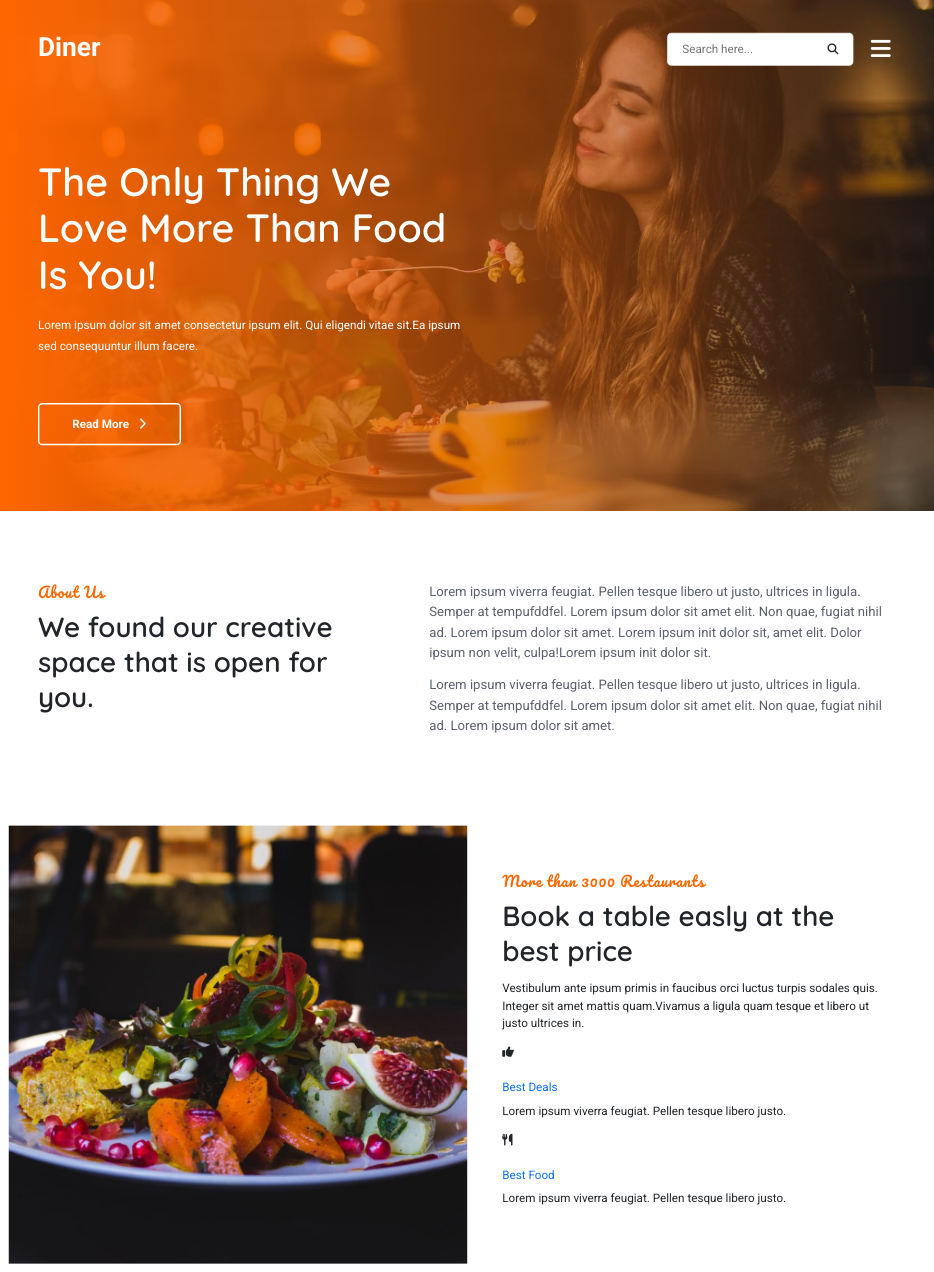
Repository: minhtrivu6199/Diner
Page: index.html
An editor plug-in stored every save of this project. The page is shown before and after the next save, followed by the edit.
The browser window is 1280 px wide. The pictures show the whole page, at 73% of full size.
Backgrounds fixed to the window are drawn as part of the page. The style sheet was rebuilt from its Sass, Less or Tailwind sources for each picture, by a compiler version that may differ from the author's.

Above is the page before, as saved 2022-10-10 15:47:36.

### index.html
<!DOCTYPE html>
<html lang="en">
  <head>
    <title>Title</title>
    <!-- Required meta tags -->
    <meta charset="utf-8" />
    <meta
      name="viewport"
      content="width=device-width, initial-scale=1, shrink-to-fit=no"
    />
    <!-- FontAwesome 6.2.0 CSS -->
    <link
      rel="stylesheet"
      href="https://cdnjs.cloudflare.com/ajax/libs/font-awesome/6.2.0/css/all.min.css"
      integrity="sha512-xh6O/CkQoPOWDdYTDqeRdPCVd1SpvCA9XXcUnZS2FmJNp1coAFzvtCN9BmamE+4aHK8yyUHUSCcJHgXloTyT2A=="
      crossorigin="anonymous"
      referrerpolicy="no-referrer"
    />

    <!-- Font -->
    <link rel="preconnect" href="https://fonts.googleapis.com" />
    <link rel="preconnect" href="https://fonts.gstatic.com" crossorigin />
    <link
      href="https://fonts.googleapis.com/css2?family=Roboto:wght@100;300;400;500;700;900&display=swap"
      rel="stylesheet"
    />
    <link
      href="https://fonts.googleapis.com/css2?family=Pacifico&display=swap"
      rel="stylesheet"
    />
    <link
      href="https://fonts.googleapis.com/css2?family=Quicksand:wght@300;400;500;600;700&display=swap"
      rel="stylesheet"
    />

    <!-- Bootstrap CSS v5.2.1 -->
    <link
      href="https://cdn.jsdelivr.net/npm/bootstrap@5.2.1/dist/css/bootstrap.min.css"
      rel="stylesheet"
      integrity="sha384-iYQeCzEYFbKjA/T2uDLTpkwGzCiq6soy8tYaI1GyVh/UjpbCx/TYkiZhlZB6+fzT"
      crossorigin="anonymous"
    />
    <!-- CSS -->
    <link rel="stylesheet" href="./css/style.min.css" />
  </head>

  <body>
    <!-- HEADER BANNER -->
    <section class="header-banner">
      <div class="container">
        <!-- BANNER HEADER -->
        <div class="banner-header">
          <div class="banner-logo">
            <h1>
              <a href="" class="logo-brand">Diner</a>
            </h1>
          </div>
          <div class="banner-right-content">
            <div class="search-bar">
              <form class="search position-relative">
                <input
                  type="search"
                  class="search-input"
                  placeholder="Search here..."
                />
                <span class="fa fa-search search-icon"></span>
              </form>
            </div>
            <div class="menu text-center">
              <div class="mobile-position">
                <nav class="navigation">
                  <!-- <div class="theme-switch-wrapper">
                    <label for="checkbox" class="theme-switch">
                      <input type="checkbox" id="checkbox" />
                      <div class="mode-container">
                        <i class="fa fa-sun"></i>
                        <i class="fa fa-moon"></i>
                      </div>
                    </label>
                  </div> -->
                </nav>
              </div>
              <div class="mobile-nav-button text-center">
                <button id="trigger-overlay" type="button">
                  <i class="fa fa-bars" aria-hidden="true"></i>
                </button>
              </div>
            </div>
          </div>
          <!-- NAV MENU -->
          <div class="overlay overlay-scale">
            <button type="button" class="overlay-close">
              <i class="fa fa-times" aria-hidden="true"></i>
            </button>

            <nav>
              <ul>
                <li><a href="index.html" class="active">Home</a></li>
                <li><a href="about.html">About</a></li>
                <li><a href="services.html">Services</a></li>
                <li><a href="blog.html">Blog</a></li>
                <li><a href="error.html">404</a></li>
                <li><a href="">Landing Page</a></li>
                <li><a href="contact.html">Contact</a></li>
                <li><a href="">Shot Codes</a></li>
                <li><a href="">Email</a></li>
              </ul>
            </nav>
          </div>
          <!-- END NAV MENU -->
        </div>
        <!-- END BANNER HEADER -->
        <div class="banner-info">
          <h3 class="mb-4 title">The only thing we love more than food is you!</h3>
          <div class="separator"></div>
          <p class="pr-lg-5 mt-md-4 mt-3">
            Lorem ipsum dolor sit amet consectetur ipsum elit. Qui eligendi
            vitae sit.Ea ipsum sed consequuntur illum facere.
          </p>
          <a class="btn btn-white mt-sm-5 mt-4 mr-2" href="about.html">
            Read More
            <span class="fa fa-chevron-right ms-2" aria-hidden="true"></span>
          </a>
        </div>
      </div>
    </section>
    <!-- END HEADER -->

    <!-- ABOUT -->
    <section class="about-us py-5">
      <div class="container py-md-5">
        <div class="row content">
          <div class="col-lg-5 content-left">
            <div class="about-title">
              <h6 class="subtitle">About Us</h6>
              <h3 class="title mb-4">
                We found our creative space that is open for you.
              </h3>
            </div>
          </div>
          <div class="col-lg-7 content-right ps-lg-5">
            <p>
              Lorem ipsum viverra feugiat. Pellen tesque libero ut justo, ultrices in ligula. Semper at tempufddfel. Lorem ipsum dolor sit amet elit. Non quae, fugiat nihil ad. Lorem ipsum dolor sit amet. Lorem ipsum init dolor sit, amet elit. Dolor ipsum non velit, culpa!Lorem ipsum init dolor sit.
            </p>
            <p class="mt-3">
              Lorem ipsum viverra feugiat. Pellen tesque libero ut justo, ultrices in ligula. Semper at tempufddfel. Lorem ipsum dolor sit amet elit. Non quae, fugiat nihil ad. Lorem ipsum dolor sit amet.
            </p>
          </div>
        </div>
      </div>
    </section>
    <!-- END ABOUT -->

    <!-- AGENT -->
    <section class="agent">
      <div class="container-fluid">
        <div class="row align-items-center gx-0">
          <div class="col-lg-6">
            <div class="agent-image"></div>
          </div>
          <div class="col-lg-6 py-4">
            <div class="agent-info p-md-5 p-3">
              <h6 class="subtitle">
                More than 3000 Restaurants
              </h6>
              <h3 class="title">
                Book a table easly at the best price
              </h3>
              <p class="my-3">
                Vestibulum ante ipsum primis in faucibus orci luctus turpis sodales quis. Integer sit amet mattis quam.Vivamus a ligula quam tesque et libero ut justo ultrices in.
              </p>
              <div class="agent-interactive">
                <div class="gd">
                  <div class="icon mb-4">
                    <span class="fa fa-thumbs-up"></span>
                  </div>
                  <a href="#" class="gd-link">Best Deals</a>
                  <p class="mt-2">
                    Lorem ipsum viverra feugiat. Pellen tesque libero justo.
                  </p>
                </div>
                <div class="gd">
                  <div class="icon mb-4">
                    <span class="fa fa-cutlery"></span>
                  </div>
                  <a href="#" class="gd-link">Best Food</a>
                  <p class="mt-2">
                    Lorem ipsum viverra feugiat. Pellen tesque libero justo.
                  </p>
                </div>
              </div>
            </div>
          </div>
        </div>
      </div>
    </section>
    <!-- END AGENT -->

    <!-- Bootstrap JavaScript Libraries -->
    <script
      src="https://cdn.jsdelivr.net/npm/@popperjs/core@2.11.6/dist/umd/popper.min.js"
      integrity="sha384-oBqDVmMz9ATKxIep9tiCxS/Z9fNfEXiDAYTujMAeBAsjFuCZSmKbSSUnQlmh/jp3"
      crossorigin="anonymous"
    ></script>

    <script
      src="https://cdn.jsdelivr.net/npm/bootstrap@5.2.1/dist/js/bootstrap.min.js"
      integrity="sha384-7VPbUDkoPSGFnVtYi0QogXtr74QeVeeIs99Qfg5YCF+TidwNdjvaKZX19NZ/e6oz"
      crossorigin="anonymous"
    ></script>

    <!-- JS -->
    <script src="./js/modernizr-2.6.2.min.js"></script>
    <script src="./js/classie.js"></script>
    <script src="./js/main.js"></script>
  </body>
</html>

### js/classie.js
/*!
 * classie - class helper functions
 * from bonzo https://github.com/ded/bonzo
 *
 * classie.has( elem, 'my-class' ) -> true/false
 * classie.add( elem, 'my-new-class' )
 * classie.remove( elem, 'my-unwanted-class' )
 * classie.toggle( elem, 'my-class' )
 */

/*jshint browser: true, strict: true, undef: true */
/*global define: false */

(function (window) {
  "use strict";

  // class helper functions from bonzo https://github.com/ded/bonzo

  function classReg(className) {
    return new RegExp("(^|\\s+)" + className + "(\\s+|$)");
  }

  // classList support for class management
  // altho to be fair, the api sucks because it won't accept multiple classes at once
  var hasClass, addClass, removeClass;

  if ("classList" in document.documentElement) {
    hasClass = function (elem, c) {
      return elem.classList.contains(c);
    };
    addClass = function (elem, c) {
      elem.classList.add(c);
    };
    removeClass = function (elem, c) {
      elem.classList.remove(c);
    };
  } else {
    hasClass = function (elem, c) {
      return classReg(c).test(elem.className);
    };
    addClass = function (elem, c) {
      if (!hasClass(elem, c)) {
        elem.className = elem.className + " " + c;
      }
    };
    removeClass = function (elem, c) {
      elem.className = elem.className.replace(classReg(c), " ");
    };
  }

  function toggleClass(elem, c) {
    var fn = hasClass(elem, c) ? removeClass : addClass;
    fn(elem, c);
  }

  var classie = {
    // full names
    hasClass: hasClass,
    addClass: addClass,
    removeClass: removeClass,
    toggleClass: toggleClass,
    // short names
    has: hasClass,
    add: addClass,
    remove: removeClass,
    toggle: toggleClass,
  };

  // transport
  if (typeof define === "function" && define.amd) {
    // AMD
    define(classie);
  } else {
    // browser global
    window.classie = classie;
  }
})(window);

### js/main.js
(function () {
  var container = document.querySelector("div.container"),
    triggerBttn = document.getElementById("trigger-overlay"),
    overlay = document.querySelector("div.overlay"),
    closeBttn = overlay.querySelector("button.overlay-close");
  (transEndEventNames = {
    WebkitTransition: "webkitTransitionEnd",
    MozTransition: "transitionend",
    OTransition: "oTransitionEnd",
    msTransition: "MSTransitionEnd",
    transition: "transitionend",
  }),
    (transEndEventName = transEndEventNames[Modernizr.prefixed("transition")]),
    (support = { transitions: Modernizr.csstransitions });

  function toggleOverlay() {
    if (classie.has(overlay, "open")) {
      classie.remove(overlay, "open");
      classie.remove(container, "overlay-open");
      classie.add(overlay, "close");
      var onEndTransitionFn = function (ev) {
        if (support.transitions) {
          if (ev.propertyName !== "visibility") return;
          this.removeEventListener(transEndEventName, onEndTransitionFn);
        }
        classie.remove(overlay, "close");
      };
      if (support.transitions) {
        overlay.addEventListener(transEndEventName, onEndTransitionFn);
      } else {
        onEndTransitionFn();
      }
    } else if (!classie.has(overlay, "close")) {
      classie.add(overlay, "open");
      classie.add(container, "overlay-open");
    }
  }

  triggerBttn.addEventListener("click", toggleOverlay);
  closeBttn.addEventListener("click", toggleOverlay);
})();

### scss/style.scss
@import "./base/variables";
@import "./pages/components/menu";



.header-banner {
  background-image: linear-gradient(to right, $orange, hsl(30deg 100% 1% / 20%)),
    url(../img/banner1.jpg);
  background-size: cover;
  background-position: initial;
  background-repeat: no-repeat;
  background-attachment: fixed;
  min-height: 700px;
  .container {
    .banner-header {
      display: flex;
      justify-content: space-between;
      align-items: center;
      padding: 40px 0 20px 0;
      .banner-logo {
        .logo-brand {
          font-size: 36px;
          font-weight: 700;
          color: $white;
        }
      }

      .banner-right-content {
        display: flex;
        justify-content: center;
        align-items: center;
        .search-bar {
          display: flex;
          .search {
            .search-input {
              padding: 10px 50px 10px 20px;
              height: 45px;
              font-size: 16px;
              color: $font-color;
              font-weight: 400;
              border-radius: 6px;
              position: relative;
              right: 0;
              background: $white;
              outline: 0;
              border: 1px solid $white;
            }
            .search-icon {
              position: absolute;
              right: 20px;
              font-size: 15px;
              cursor: pointer;
              top: 15px;
            }
          }
        }

        .menu {
          display: flex;
          justify-content: center;
          align-items: center;
          .mobile-nav-button {
            margin-left: 1rem;
          }
        }
      }
    }

    .banner-info {
        max-width: 600px;
        text-align: left;
        margin-top: 100px;
        h3 {
            font-size: 54px;
            line-height: 64px;
            text-transform: capitalize;
            color: $white;
        }
        p {
            font-size: 16px;
            line-height: 28px;
            color: $white;
        }

        .btn-white {
            background: transparent;
            border: 2px solid $white;
            color: $white;
            padding: 12px 45px;
            font-size: 16px;
            line-height: 30px;
            font-weight: 700;
            transition: 0.3s ease-in;
            border-radius: 6px;

            &:hover {
                background: $white;
                color: $orange;
            }
        }
    }
  }
}


.about-us {
    .container {
        .content {
            .content-right {
                p {
                    font-size: 18px;
                    line-height: 28px;
                    color: $font-color;
                }
            }
        }
    }
}

.agent {
    .agent-image {
        background-image: url(../img/banner3.jpg);
        background-repeat: no-repeat;
        background-size: cover;
        background-position: center;
        position: relative;
        z-index: 1;
        min-height: 600px;
    }
}

### scss/base/_variables.scss
// Color
$blue: #007bff;
$indigo: #6610f2;
$purple: #6f42c1;
$pink: #e83e8c;
$red: #dc3545;
$orange: #ff6600;
$yellow: #ffc107;
$green: #28a745;
$teal: #20c997;
$cyan: #17a2b8;
$white: #fff;
$gray: #6c757d;
$gray-dark: #343a40;
$light-orange: #f8b195;
$success: #28a745;
$info: #17a2b8;
$warning: #ffc107;
$danger: #dc3545;
$light: #f8f9fa;
$dark: #343a40;
$font-color: rgba(22, 28, 45, 0.7);

*, ::after, ::before {
    margin: 0;
    padding: 0;
    box-sizing: border-box;
}

html,
body {
  font-family: "Roboto", sans-serif;
}
a {
  text-decoration: none;
  background-color: transparent;
}

.container {
    max-width: 1200px;
}

.subtitle {
    font-family: 'Pacifico', cursive;
    font-size: 20px;
    font-weight: 400;
    line-height: 30px;
    letter-spacing: 1px;
    color: $orange;
}

.title {
    font-size: 38px;
    line-height: 48px;
    font-weight: 600;
    font-family: 'Quicksand', sans-serif;
}

### scss/pages/components/_menu.scss
@import '../../base/variables';
.overlay {
	position: fixed;
	width: 100%;
	height: 100%;
	top: 0;
	left: 0;
	background: rgb(6 3 0 / 77%);
}

/* Overlay closing cross */
.overlay .overlay-close {
    width: 40px;
    height: 40px;
    position: absolute;
    right: 40px;
    top: 40px;
    overflow: hidden;
    border: none;
    background: $orange;
    color: #fff;
    border-radius: 6px;
}

button#trigger-overlay {
	outline: none;
	border: none;
	background: none;
	text-align: center;
	color: #fbfdfb;
	font-size: 1.95em;
	padding: 0 8px;
}

/* Menu style */
.overlay nav {
	text-align: center;
	position: relative;
	top: 50%;
	height: 60%;
	-webkit-transform: translateY(-50%);
	transform: translateY(-50%);
}
.overlay ul {
	list-style: none;
	padding: 0;
	margin: 0 auto;
	display: inline-block;
	height: 100%;
	position: relative;
}
.overlay ul li {
	display: block;
	-webkit-backface-visibility: hidden;
	backface-visibility: hidden;
    line-height:3em;
}
.overlay ul li a {
	font-size: 20px;
	font-weight: 600;
	display: block;
	color: #fff;
	-webkit-transition: color 0.2s;
	transition: color 0.2s;
}

.overlay ul li a:hover,
.overlay ul li a:focus {
	color: $orange;
}

/* Effects */
.overlay-scale {
	visibility: hidden;
	opacity: 0;
	-webkit-transform: scale(0.9);
	transform: scale(0.9);
	-webkit-transition: -webkit-transform 0.2s, opacity 0.2s, visibility 0s 0.2s;
	transition: transform 0.2s, opacity 0.2s, visibility 0s 0.2s;
}

.overlay-scale.open {
	visibility: visible;
	opacity: 1;
	-webkit-transform: scale(1);
	transform: scale(1);
	-webkit-transition: -webkit-transform 0.4s, opacity 0.4s;
	transition: transform 0.4s, opacity 0.4s;
}

@media screen and (max-height: 30.5em) {
	.overlay nav {
		height: 70%;
		font-size: 34px;
	}

	.overlay ul li {
		min-height: 34px;
	}
}
@media (max-width:767px) {
	.overlay ul li a {
		font-size: 16px;
	}
	.overlay ul li {
		line-height: 2.5em;
	}
}
@media (max-width:600px) {
	.overlay ul li a {
		font-size: 16px;
	}
	.overlay ul li {
		line-height: 2.2em;
	}
}

Loaded but not shown: js/modernizr-2.6.2.min.js (library)

After the next save:
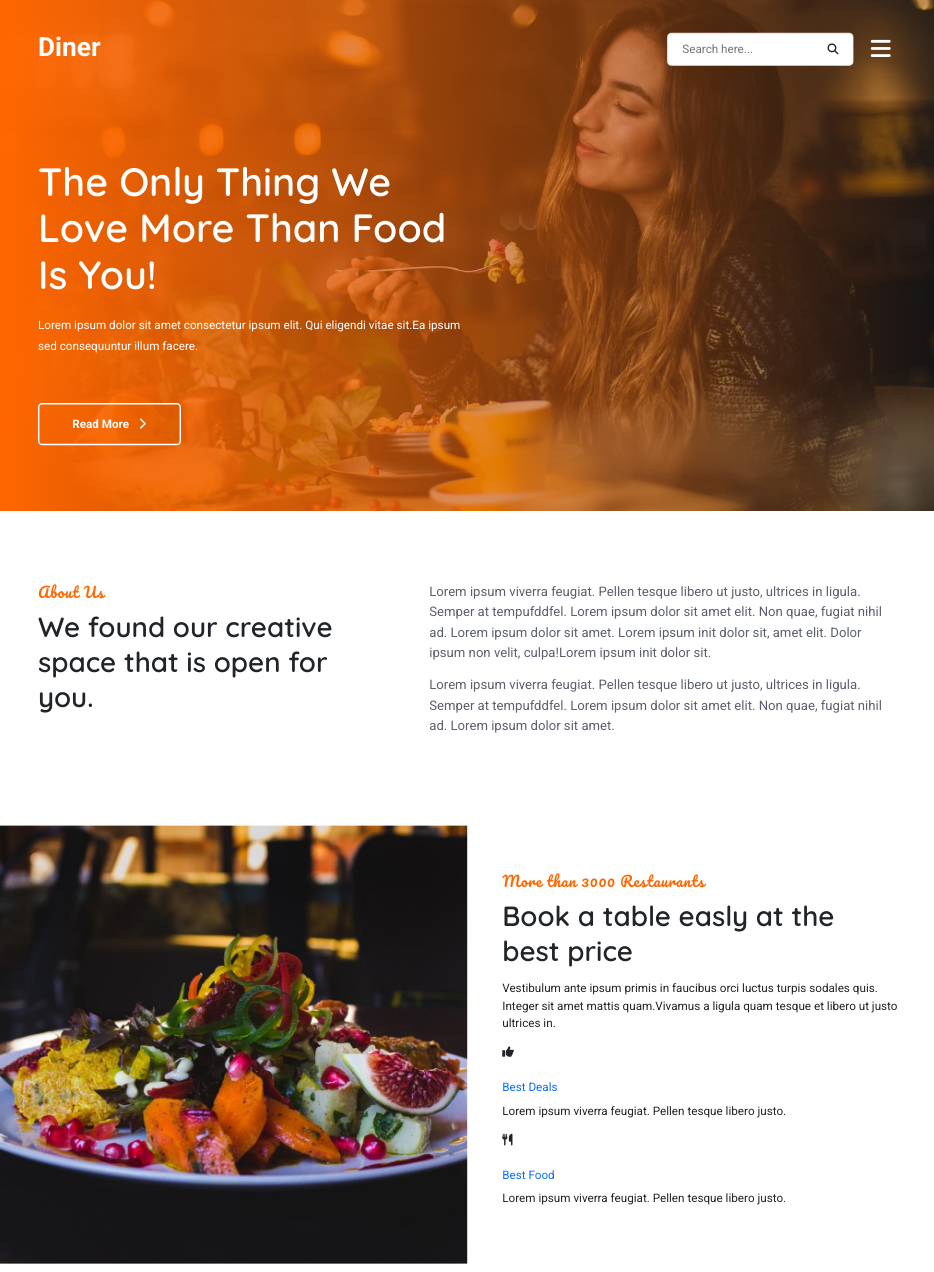
Saved 52 s later.
--- a/scss/style.scss
+++ b/scss/style.scss
@@ -118,13 +118,17 @@
 }
 
 .agent {
-    .agent-image {
-        background-image: url(../img/banner3.jpg);
-        background-repeat: no-repeat;
-        background-size: cover;
-        background-position: center;
-        position: relative;
-        z-index: 1;
-        min-height: 600px;
+    .container-fluid {
+        margin: 0;
+        padding: 0;
+        .agent-image {
+            background-image: url(../img/banner3.jpg);
+            background-repeat: no-repeat;
+            background-size: cover;
+            background-position: center;
+            position: relative;
+            z-index: 1;
+            min-height: 600px;
+        }
     }
 }
